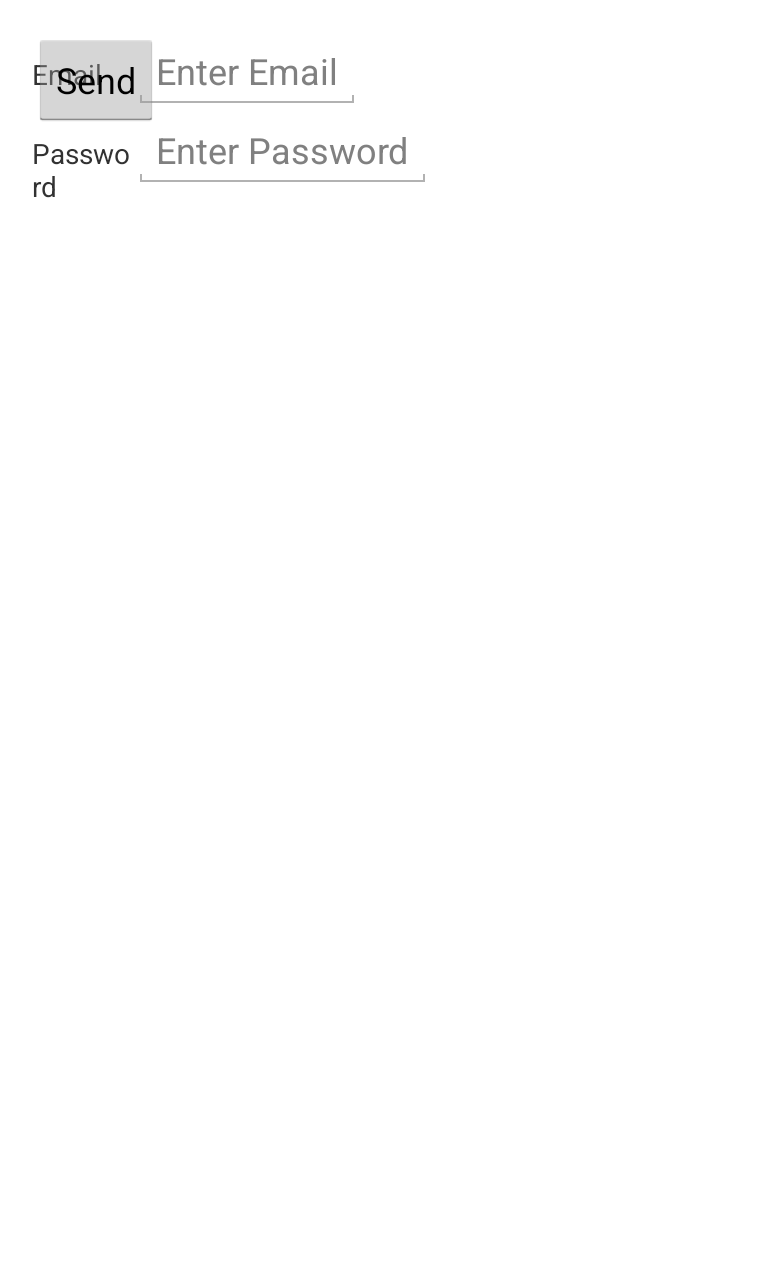
Repository: akhilnambiar/CS186_warmup1
Layout: frontend copy/LoginCounter/res/layout/activity_main.xml
The author's editor kept a copy of each file at every save. The layout is drawn from the files as they stood at one save, then again after the next save.
It is drawn on a 768 x 1280 px phone screen (xhdpi) without system bars, with theme AppTheme; the app's code is not run.

Above is the layout before, as saved 2014-02-19 05:24:52.

After the next save:
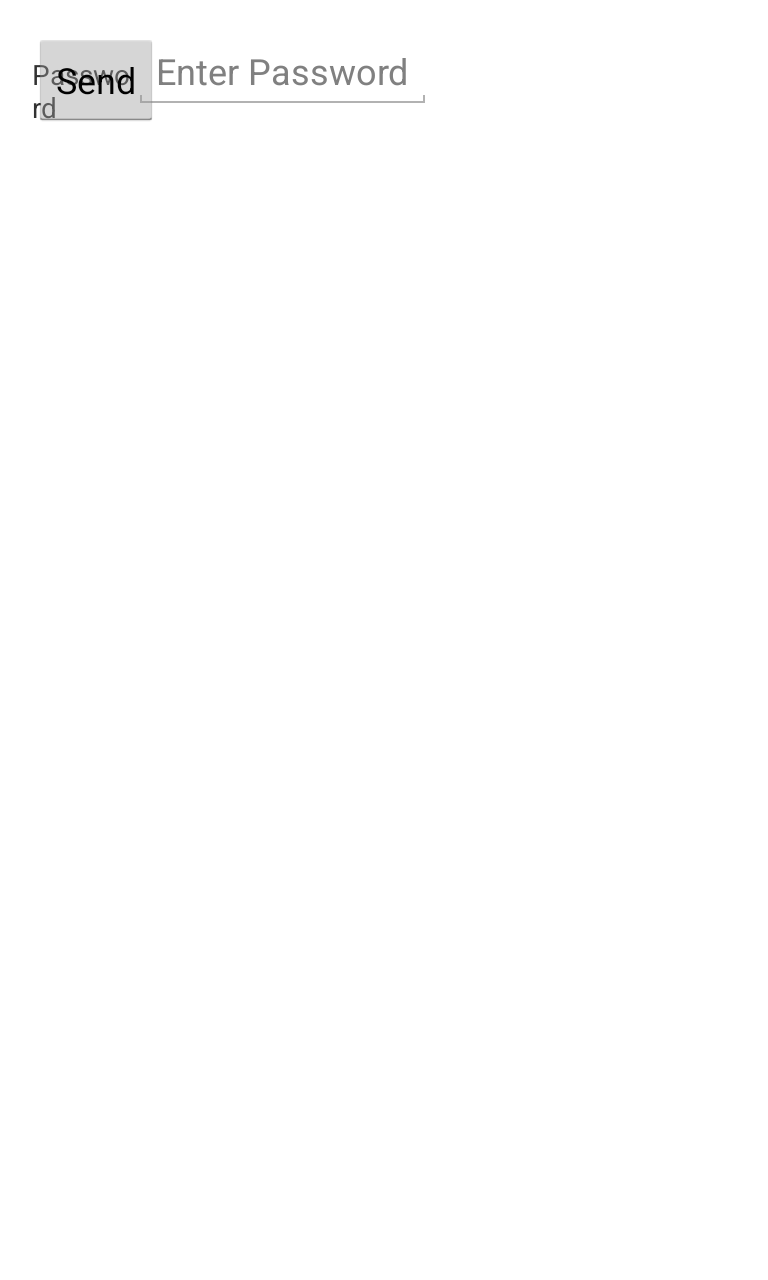
Saved 16 s later.
--- a/frontend copy/LoginCounter/res/layout/activity_main.xml
+++ b/frontend copy/LoginCounter/res/layout/activity_main.xml
@@ -8,6 +8,7 @@
     android:paddingTop="@dimen/activity_vertical_margin"
     android:orientation="horizontal"
     tools:context=".MainActivity" >
+    <LinearLayout >
     <TextView
        android:id="@+id/tvEmail"
        android:layout_width="50dp"
@@ -21,6 +22,7 @@
         android:hint="@string/email_message"
         android:layout_toRightOf="@+id/tvEmail"
         android:layout_weight="7" />
+	</LinearLayout>
 	<TextView
        android:id="@+id/tvPass"
        android:layout_width="50dp"
